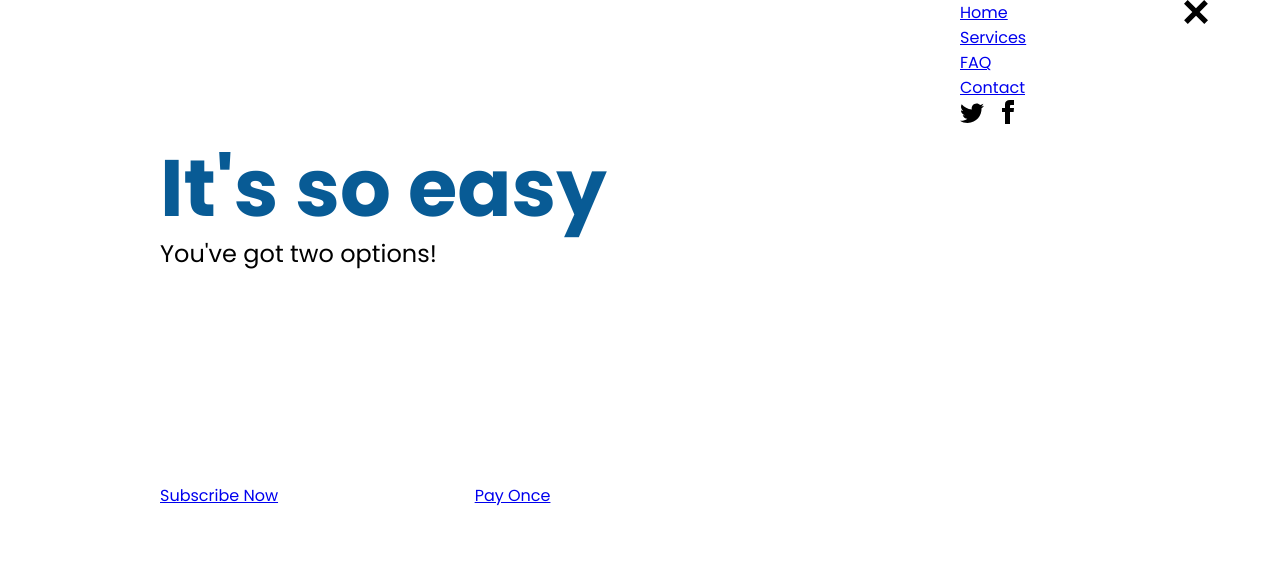
Repository: Hyperion72R/Animated-Navigation
Page: index.html
These files come from the project's save history. The page is drawn as it stood at one moment and after the next save; the edit follows.
The browser window is 1280 px wide. The pictures show the whole page.
The style sheet was rebuilt from its Sass, Less or Tailwind sources for each picture, by a compiler version that may differ from the author's.

Above is the page before, as saved 2021-08-24 23:16:53.

After the next save:
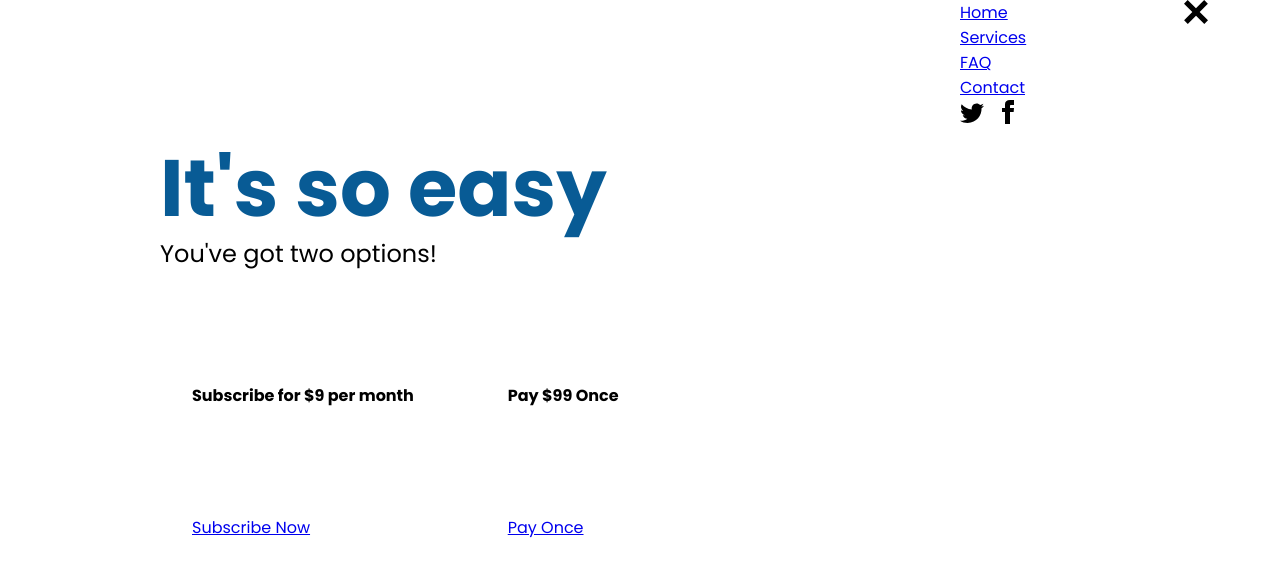
Saved 30 s later.
--- a/css/main.scss
+++ b/css/main.scss
@@ -140,4 +140,10 @@ h2 {
 .cards {
   display: flex;
   margin-top: 5em;
+  .card {
+    padding: 2em;
+    strong {
+      color: black;
+    }
+  }
 }
